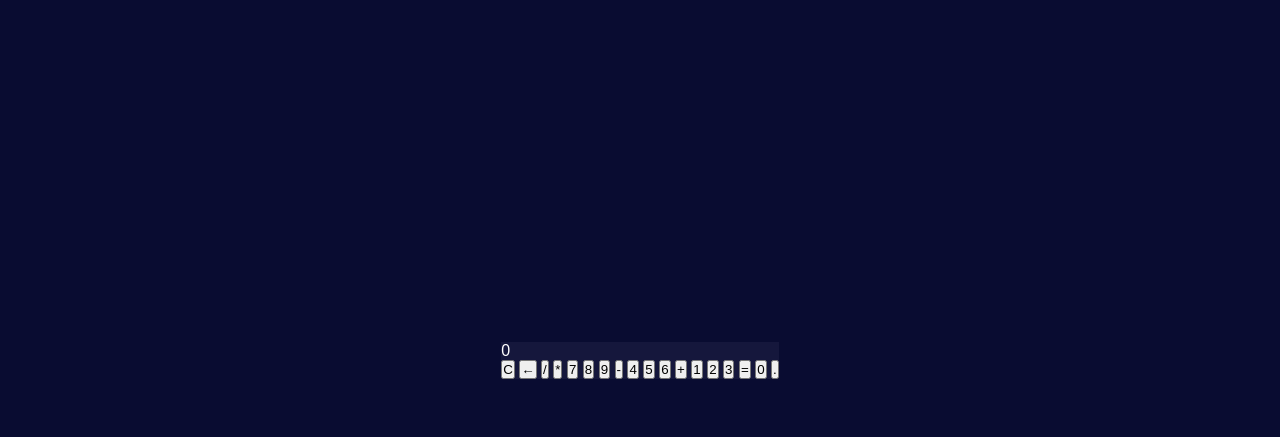
Repository: Herinyhert/Calculator
Page: index.html
The author's editor kept a copy of each file at every save. The page is drawn from the files as they stood at one save, then again after a run of saves.
The browser window is 1280 px wide. The pictures show the whole page.

Above is the page before, as saved 2023-05-21 20:41:06.

### index.html
<html lang="en">
<head>
    <meta charset="UTF-8">
    <meta http-equiv="X-UA-Compatible" content="IE=edge">
    <meta name="viewport" content="width=device-width, initial-scale=1.0">
    <title>Calculator</title>
    <link rel="stylesheet" href="./css/main.css">
</head>
<body>
    <div class="calculator">
        <div class="window">0</div>
        <button id="c" class="btn">C</button>
        <button id="delete"class="btn">←</button>
        <button class="btn">/</button>
        <button class="btn">*</button>
        <button class="btn">7</button>
        <button class="btn">8</button>
        <button class="btn">9</button>
        <button class="btn">-</button>
        <button class="btn">4</button>
        <button class="btn">5</button>
        <button class="btn">6</button>
        <button class="btn">+</button>
        <button class="btn">1</button>
        <button class="btn">2</button>
        <button class="btn">3</button>
        <button id="equal" class="btn">=</button>
        <button id="cero" class="btn">0</button>
        <button class="btn">.</button>
    </div>

    <script src="./JS/main.js"></script>
</body>
</html>

### css/main.css
*{
    margin: 0;
    padding: 0;
    box-sizing: border-box;
    font-family: sans-serif;
}

body{
    min-height: 100vh;
    background-color: #090c31;
    display: flex;
    justify-content: center;
    align-items: center;
}

.calculator{
    background-color: #15173c;
    color: white;

}

Loaded but not shown: JS/main.js (no stored copy; drawn as an empty file)

After the next 8 saves:
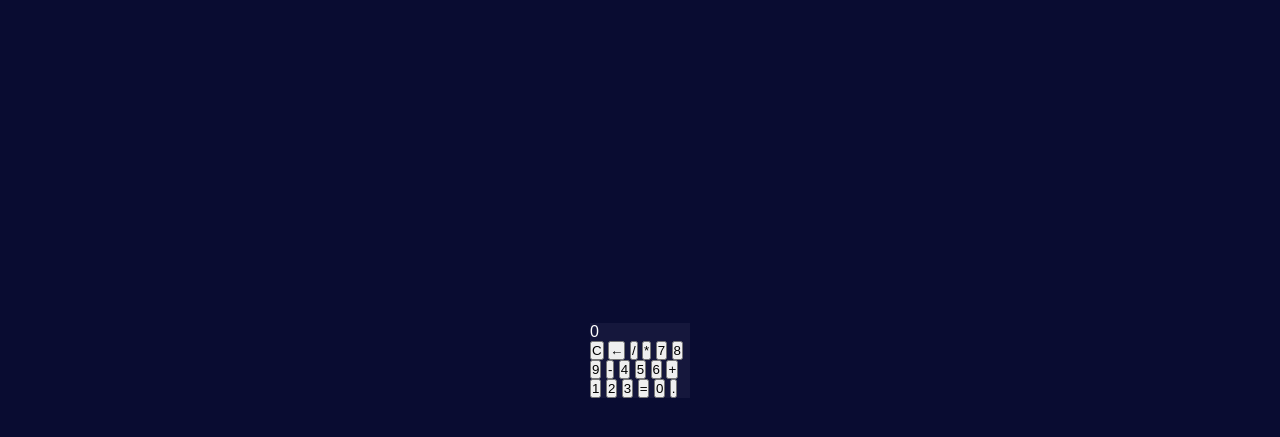
The 8 saves are shown as one change because they came seconds apart.
The last was saved 20 s later.
--- a/css/main.css
+++ b/css/main.css
@@ -16,5 +16,6 @@ body{
 .calculator{
     background-color: #15173c;
     color: white;
-
+    width: 350px;
+    max-width: 100;
 }
